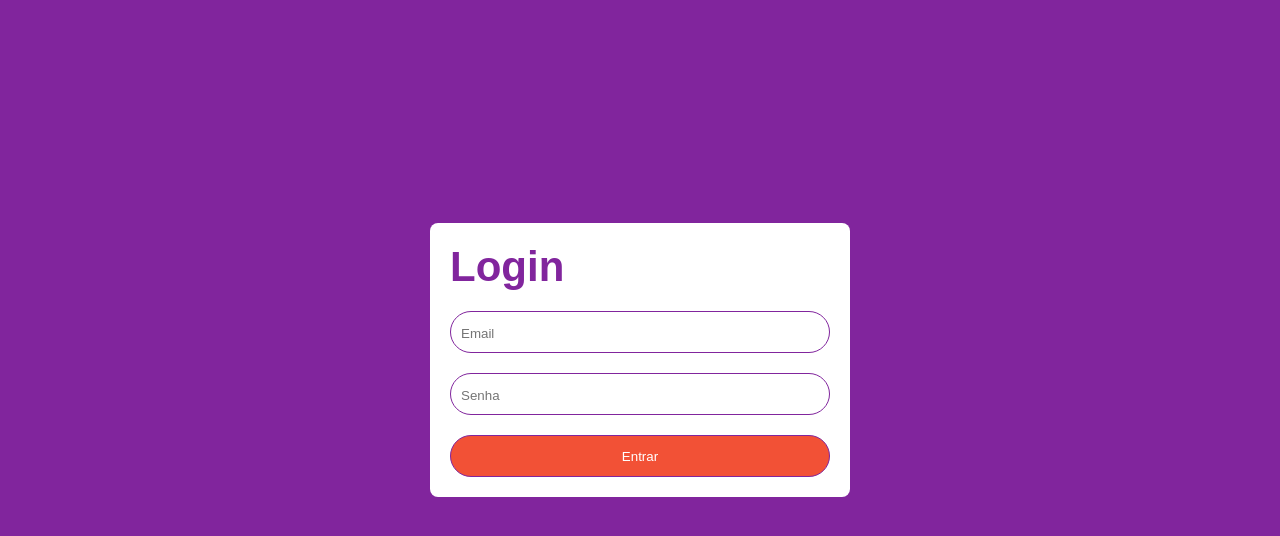
Repository: VictorRB-PB/validacao-com-hookform-e-yup
Page: /
The author's editor kept a copy of each file at every save. The page is drawn from the files as they stood at one save, then again after the next save.
The browser window is 1280 px wide. The pictures show the whole page.
The project was rebuilt for these pictures with package versions that can differ from the ones it lists, and the page was loaded fresh each time.

Above is the page before, as saved 2024-01-11 11:13:23.

### src/index.tsx
import React from 'react';
import ReactDOM from 'react-dom/client';
import App from './pages/Login';

import GlobalStyles from "./styles/global";

const root = ReactDOM.createRoot(
  document.getElementById('root') as HTMLElement );
root.render(
  <React.StrictMode>
    <GlobalStyles />
    <App />
  </React.StrictMode>
);

### src/pages/Login/index.tsx
import { useForm } from "react-hook-form";
import Button from "../../components/Button";
import Input from "../../components/Input";
import { yupResolver } from "@hookform/resolvers/yup";
import * as yup from "yup";

import { Container, LoginContainer, Column, Spacing, Title } from "./styles";
import { defaultValues, IFormLogin } from "./types";

const schema = yup
  .object({
    email: yup.string().email("E-mail inválido").required("Campo obrigatório"),
    password: yup
      .string()
      .min(6, "No minimo 6 caracteres")
      .required("Campo obrigatório"),
  })
  .required();

const Login = () => {

  const {
    control,
    formState: { errors, isValid },
  } = useForm<IFormLogin>({
    resolver: yupResolver(schema),
    mode: "onBlur",
    defaultValues,
    reValidateMode: "onChange",
  });

  return (
    <Container>
      <LoginContainer>
        <Column>
          <Title>Login</Title>
          <Spacing />
          <Input
            name="email"
            placeholder="Email"
            control={control}
            errorMessage={errors?.email?.message}
          />
          <Spacing />
          <Input
            name="password"
            type="password"
            placeholder="Senha"
            control={control}
            errorMessage={errors?.password?.message}
          />
          <Spacing />
          <Button title="Entrar" disabled={!isValid} />
        </Column>
      </LoginContainer>
    </Container>
  );
};

export default Login;

### src/components/Button/index.tsx
import { ButtonContainer } from "./styles";
import { IButtonProps } from "./types";

const Button = ({ title, onClick, disabled }: IButtonProps) => {
  return <ButtonContainer onClick={onClick} disabled={disabled}>
    {title}
    </ButtonContainer>;
};

export default Button;

### src/components/Input/index.tsx
import { InputContainer, ErrorMessage } from "./styles";
import { IInputProps } from "././types";
import { Controller } from "react-hook-form";

const Input = ({ control, name, errorMessage, ...rest }: IInputProps) => {
  return (
    <>
      <InputContainer>
        <Controller
          control={control}
          name={name}
          render={({ field: { onChange, onBlur, value, ref } }) => (
            <input
              {...rest}
              onChange={onChange}
              onBlur={onBlur}
              value={value}
              ref={ref}
            />
          )}
        />
      </InputContainer>
      {errorMessage ? <ErrorMessage>{errorMessage}</ErrorMessage> : null}
    </>
  );
};

export default Input;

### src/pages/Login/styles.ts
import styled from 'styled-components';

export const Container = styled.div`
    width: 100%;
    height: 100vh;

    display: flex;
    justify-content: center;
    align-items: center;
`

export const LoginContainer = styled.div`
    width: 100%;
    max-width: 420px;
    background-color: #FFFFFF;

    border-radius: 8px;
    padding: 20px;

    flex:1;
    display: flex;
    align-items: flex-start;
    justify-content: center;
`

export const Title = styled.h1`
    font-size: 42px;
    font-weight: 700;
    color: #81259D;
`

export const Row = styled.div`
    width: 100%;
    display: flex;
    align-items: flex-start;
    justify-content: center;
`

export const Column = styled.div`
    width: 100%;
    display: flex;
    flex-direction: column;
    align-items: flex-start;
    justify-content: center;
`
export const Spacing = styled.div`
    margin: 10px 0;
`

### src/components/Button/styles.ts
import styled from 'styled-components';


export const ButtonContainer = styled.button`
    width: 100%;
    height: 42px;
    background-color: #81259D;
    color: #FFF;

    border: 1px solid #81259D;
    border-radius: 21px;

    &:disabled {
        background-color: #F25136;
        cursor: default;
    }.invalid {
        background: red;
    }.error {
        color: red;
    }

    &:disabled:hover{
        background-color: #F25136;
    }

    &:hover {
        opacity: 0.6;
        cursor:pointer;
    }
`

Loaded but not shown: public/index.html (common file); src/styles/global.ts (common file); src/pages/Login/types.ts (common file); src/components/Input/styles.ts (common file)

After the next save:
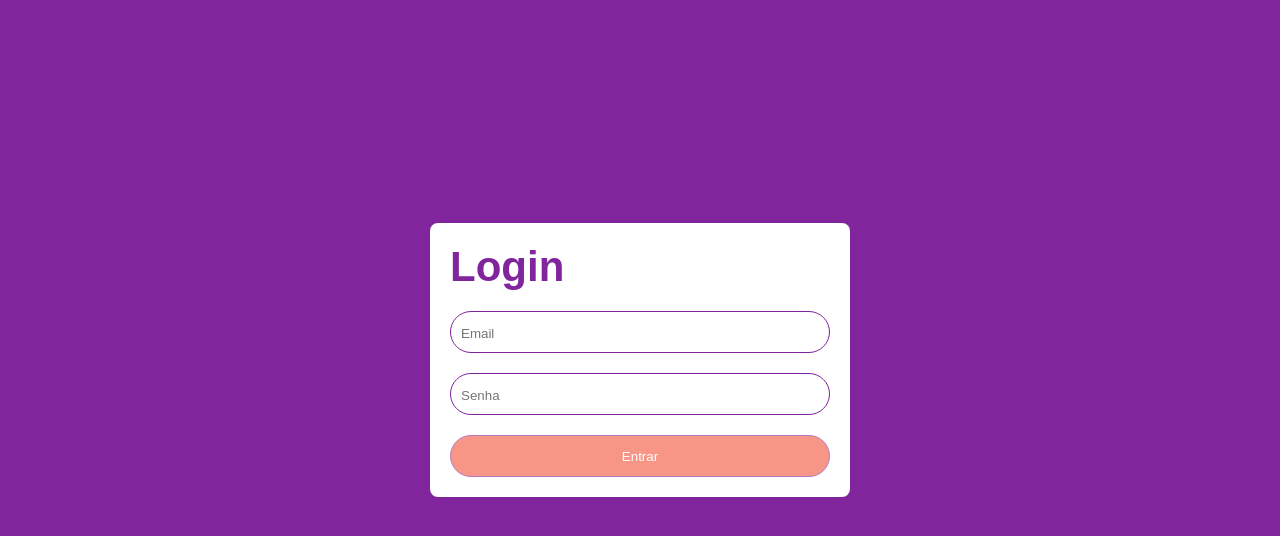
Saved 83 s later.
--- a/src/components/Button/styles.ts
+++ b/src/components/Button/styles.ts
@@ -13,6 +13,7 @@ export const ButtonContainer = styled.button`
     &:disabled {
         background-color: #F25136;
         cursor: default;
+        opacity: 0.6;
     }.invalid {
         background: red;
     }.error {
